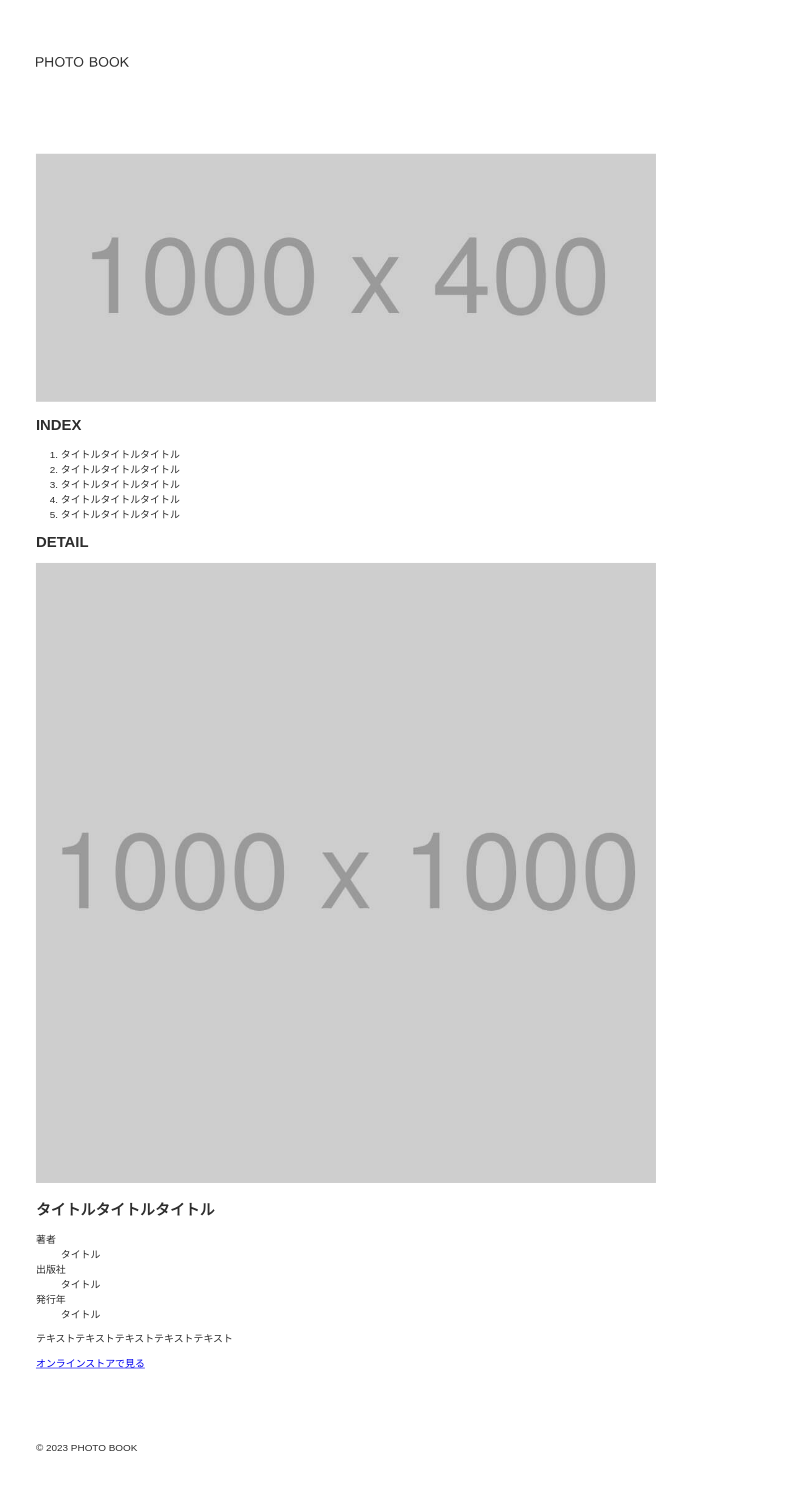
Repository: Fuki-san/photo-book-1
Page: http://localhost/photo
These files come from the project's save history. The page is drawn as it stood at one moment and after the next save; the edit follows.
The browser window is 1280 px wide. The pictures show the whole page, at 62% of full size.
The page is served by the project's Laravel application, run on PHP 8.4 with Laravel 10. Other server files are loaded and not shown.

Above is the page before, as saved 2023-11-26 15:50:24.

### routes/web.php
<?php

use Illuminate\Support\Facades\Route;

/*
|--------------------------------------------------------------------------
| Web Routes
|--------------------------------------------------------------------------
|
| Here is where you can register web routes for your application. These
| routes are loaded by the RouteServiceProvider and all of them will
| be assigned to the "web" middleware group. Make something great!
|
*/

Route::get('/', function () {
    return view('welcome');
});

Route::get('photo', function () {
    return view('photo');
});

### resources/views/photo.blade.php
@extends('layouts.main')

@section('title', 'photo')

@section('content')
    <header id="header" class="wrapper">
        <h1 class="site-title"><a href="#"><img src="img/logo.svg"></a></h1>
    </header>

    <main class="wrapper">
        <div id="mainvisual">
            <img src="img/mainvisual.jpg">
        </div>
        <section id="index">
            <h2 class="sec-title">INDEX</h2>
            <ol>
                <li>タイトルタイトルタイトル</li>
                <li>タイトルタイトルタイトル</li>
                <li>タイトルタイトルタイトル</li>
                <li>タイトルタイトルタイトル</li>
                <li>タイトルタイトルタイトル</li>
            </ol>
        </section>
        <section id="detail">
            <h2 class="sec-title">DETAIL</h2>
            <div class="detail-img">
                <img src="img/detail.jpg">
            </div>
            <div class="detail-text">
                <h2 class="sec-title">タイトルタイトルタイトル</h2>
                <dl>
                    <dt>著者</dt><dd>タイトル</dd>
                    <dt>出版社</dt><dd>タイトル</dd>
                    <dt>発行年</dt><dd>タイトル</dd>
                </dl>
                <p>テキストテキストテキストテキストテキスト</p>
                <a href="#">オンラインストアで見る</a>
            </div>
        </section>
    </main>

    <footer id="footer" class="wrapper">
        <p class="copyright">&copy; 2023 PHOTO BOOK</p>
    </footer>
@endsection

### resources/views/layouts/main.blade.php
<!DOCTYPE html>
<html lang="ja">
<head>
    <meta charset="UTF-8">
    <meta name="viewport" content="width=device-width, initial-scale=1.0">
    <meta http-equiv="X-UA-Compatible" content="ie=edge">
    <link rel="stylesheet" href="{{ asset('css/reset.css') }}">
    <link rel="stylesheet" href="{{ asset('css/style.css') }}">
    <link rel="icon" href="img/favicon.ico">
    <title>@yield('title')</title>
</head>
<body>
    @yield('content')
</body>
</html>

### public/css/style.css
html{
    font-size: 100%;
}
body{
    color: #2d2d2d;
    font-family: Arial, Helvetica, sans-serif;
}
img{
    max-width: 100%;
}

.wrapper {
    padding: 50px ;
}


#header .site-title{
    width: 150px;
}
#header .site-title a{
    display: block;
}
#header{
    margin-bottom: 10px;
}

### public/img/logo.svg
<?xml version="1.0" encoding="utf-8"?>
<!-- Generator: Adobe Illustrator 15.1.0, SVG Export Plug-In . SVG Version: 6.00 Build 0)  -->
<!DOCTYPE svg PUBLIC "-//W3C//DTD SVG 1.1//EN" "http://www.w3.org/Graphics/SVG/1.1/DTD/svg11.dtd">
<svg version="1.1" id="レイヤー_1" xmlns="http://www.w3.org/2000/svg" xmlns:xlink="http://www.w3.org/1999/xlink" x="0px"
	 y="0px" width="1400px" height="156px" viewBox="0 0 1400 156" enable-background="new 0 0 1400 156" xml:space="preserve">
<g>
	<path fill="#333333" d="M0,152.092V2.65h56.373c9.92,0,17.498,0.477,22.731,1.428c7.34,1.223,13.49,3.552,18.451,6.982
		c4.96,3.433,8.953,8.241,11.978,14.425c3.022,6.185,4.536,12.98,4.536,20.387c0,12.709-4.043,23.463-12.129,32.264
		c-8.09,8.802-22.699,13.202-43.834,13.202h-38.33v60.754H0z M19.775,73.702h38.636c12.775,0,21.847-2.379,27.217-7.136
		c5.369-4.757,8.053-11.451,8.053-20.082c0-6.252-1.581-11.604-4.741-16.056c-3.16-4.45-7.324-7.391-12.487-8.817
		c-3.33-0.883-9.481-1.325-18.452-1.325H19.775V73.702z"/>
	<path fill="#333333" d="M139.859,152.092V2.65h19.776v61.367h77.677V2.65h19.775v149.441h-19.775V81.652h-77.677v70.439H139.859z"
		/>
	<path fill="#333333" d="M288.174,79.309c0-24.805,6.66-44.224,19.98-58.258C321.473,7.019,338.667,0,359.735,0
		c13.795,0,26.232,3.298,37.309,9.889c11.076,6.593,19.521,15.784,25.332,27.574c5.811,11.791,8.716,25.163,8.716,40.112
		c0,15.155-3.059,28.713-9.175,40.674c-6.116,11.961-14.781,21.016-25.993,27.166c-11.214,6.15-23.311,9.226-36.291,9.226
		c-14.067,0-26.641-3.398-37.717-10.194c-11.079-6.794-19.471-16.071-25.179-27.829C291.029,104.86,288.174,92.425,288.174,79.309z
		 M308.562,79.614c0,18.01,4.843,32.197,14.527,42.559c9.684,10.364,21.831,15.546,36.442,15.546
		c14.884,0,27.131-5.231,36.75-15.699c9.615-10.464,14.423-25.313,14.423-44.546c0-12.165-2.057-22.784-6.167-31.856
		c-4.112-9.071-10.126-16.106-18.043-21.101c-7.917-4.995-16.804-7.493-26.656-7.493c-14,0-26.046,4.81-36.137,14.425
		C313.608,41.065,308.562,57.121,308.562,79.614z"/>
	<path fill="#333333" d="M490.425,152.092V20.286h-49.237V2.65h118.451v17.636h-49.439v131.806H490.425z"/>
	<path fill="#333333" d="M570.14,79.309c0-24.805,6.658-44.224,19.979-58.258C603.438,7.019,620.632,0,641.7,0
		c13.794,0,26.23,3.298,37.309,9.889c11.076,6.593,19.522,15.784,25.331,27.574c5.813,11.791,8.717,25.163,8.717,40.112
		c0,15.155-3.059,28.713-9.176,40.674c-6.114,11.961-14.779,21.016-25.992,27.166s-23.311,9.226-36.291,9.226
		c-14.068,0-26.641-3.398-37.717-10.194c-11.078-6.794-19.47-16.071-25.179-27.829C572.994,104.86,570.14,92.425,570.14,79.309z
		 M590.526,79.614c0,18.01,4.843,32.197,14.527,42.559c9.685,10.364,21.83,15.546,36.442,15.546
		c14.883,0,27.132-5.231,36.748-15.699c9.615-10.464,14.424-25.313,14.424-44.546c0-12.165-2.057-22.784-6.166-31.856
		c-4.113-9.071-10.127-16.106-18.043-21.101c-7.918-4.995-16.804-7.493-26.658-7.493c-14,0-26.044,4.81-36.136,14.425
		C595.572,41.065,590.526,57.121,590.526,79.614z"/>
	<path fill="#333333" d="M812.43,152.092V2.65h56.066c11.416,0,20.573,1.514,27.472,4.537c6.896,3.024,12.3,7.68,16.209,13.966
		c3.907,6.286,5.861,12.861,5.861,19.724c0,6.39-1.732,12.404-5.198,18.044c-3.467,5.641-8.7,10.193-15.7,13.659
		c9.039,2.65,15.987,7.172,20.848,13.558c4.857,6.389,7.289,13.933,7.289,22.631c0,7-1.479,13.506-4.435,19.521
		c-2.957,6.016-6.612,10.652-10.958,13.915c-4.352,3.261-9.806,5.726-16.363,7.391c-6.558,1.666-14.593,2.497-24.106,2.497H812.43z
		 M832.206,65.444h32.313c8.768,0,15.053-0.576,18.859-1.733c5.027-1.493,8.818-3.975,11.366-7.439
		c2.548-3.468,3.822-7.815,3.822-13.049c0-4.961-1.188-9.328-3.567-13.099c-2.38-3.773-5.776-6.354-10.192-7.748
		c-4.419-1.393-11.997-2.09-22.733-2.09h-29.868V65.444z M832.206,134.457h37.208c6.386,0,10.872-0.237,13.455-0.715
		c4.552-0.814,8.358-2.173,11.417-4.077c3.058-1.901,5.571-4.672,7.544-8.308c1.971-3.634,2.956-7.832,2.956-12.589
		c0-5.571-1.428-10.414-4.281-14.526c-2.854-4.111-6.814-6.999-11.876-8.665c-5.063-1.664-12.354-2.497-21.865-2.497h-34.558
		V134.457z"/>
	<path fill="#333333" d="M946.479,79.309c0-24.805,6.659-44.224,19.979-58.258C979.776,7.019,996.972,0,1018.039,0
		c13.794,0,26.23,3.298,37.309,9.889c11.077,6.593,19.521,15.784,25.331,27.574c5.812,11.791,8.717,25.163,8.717,40.112
		c0,15.155-3.058,28.713-9.175,40.674s-14.781,21.016-25.994,27.166s-23.311,9.226-36.29,9.226
		c-14.068,0-26.641-3.398-37.717-10.194c-11.078-6.794-19.47-16.071-25.18-27.829C949.332,104.86,946.479,92.425,946.479,79.309z
		 M966.865,79.614c0,18.01,4.842,32.197,14.526,42.559c9.685,10.364,21.83,15.546,36.442,15.546
		c14.884,0,27.133-5.231,36.749-15.699c9.615-10.464,14.424-25.313,14.424-44.546c0-12.165-2.057-22.784-6.166-31.856
		c-4.113-9.071-10.127-16.106-18.044-21.101c-7.917-4.995-16.803-7.493-26.657-7.493c-14.001,0-26.044,4.81-36.136,14.425
		C971.91,41.065,966.865,57.121,966.865,79.614z"/>
	<path fill="#333333" d="M1108.865,79.309c0-24.805,6.66-44.224,19.979-58.258C1142.163,7.019,1159.357,0,1180.426,0
		c13.794,0,26.23,3.298,37.31,9.889c11.076,6.593,19.521,15.784,25.332,27.574c5.811,11.791,8.715,25.163,8.715,40.112
		c0,15.155-3.059,28.713-9.175,40.674c-6.115,11.961-14.779,21.016-25.993,27.166s-23.312,9.226-36.29,9.226
		c-14.068,0-26.642-3.398-37.719-10.194c-11.078-6.794-19.469-16.071-25.177-27.829
		C1111.719,104.86,1108.865,92.425,1108.865,79.309z M1129.254,79.614c0,18.01,4.842,32.197,14.525,42.559
		c9.684,10.364,21.831,15.546,36.442,15.546c14.882,0,27.131-5.231,36.749-15.699c9.615-10.464,14.424-25.313,14.424-44.546
		c0-12.165-2.057-22.784-6.167-31.856c-4.113-9.071-10.127-16.106-18.043-21.101c-7.917-4.995-16.804-7.493-26.658-7.493
		c-13.999,0-26.044,4.81-36.135,14.425C1134.298,41.065,1129.254,57.121,1129.254,79.614z"/>
	<path fill="#333333" d="M1276.45,152.092V2.65h19.776V76.76l74.211-74.109h26.81l-62.691,60.552l65.444,88.89h-26.096
		l-53.213-75.638l-24.465,23.854v51.784H1276.45z"/>
</g>
</svg>

After the next save:
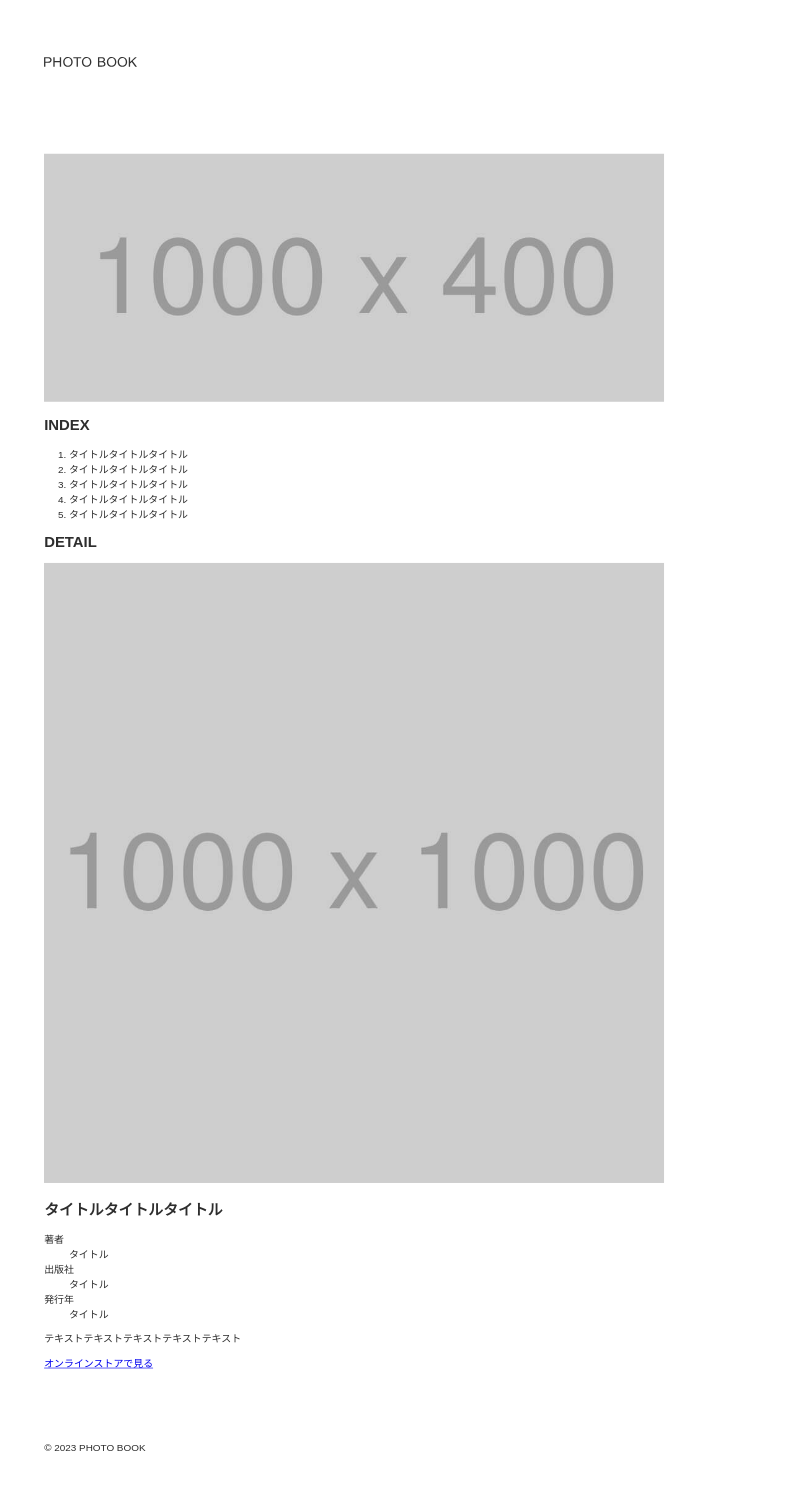
Saved 5 s later.
--- a/public/css/style.css
+++ b/public/css/style.css
@@ -10,7 +10,7 @@
 }
 
 .wrapper {
-    padding: 50px ;
+    padding: 50px 5% ;
 }
 
 
